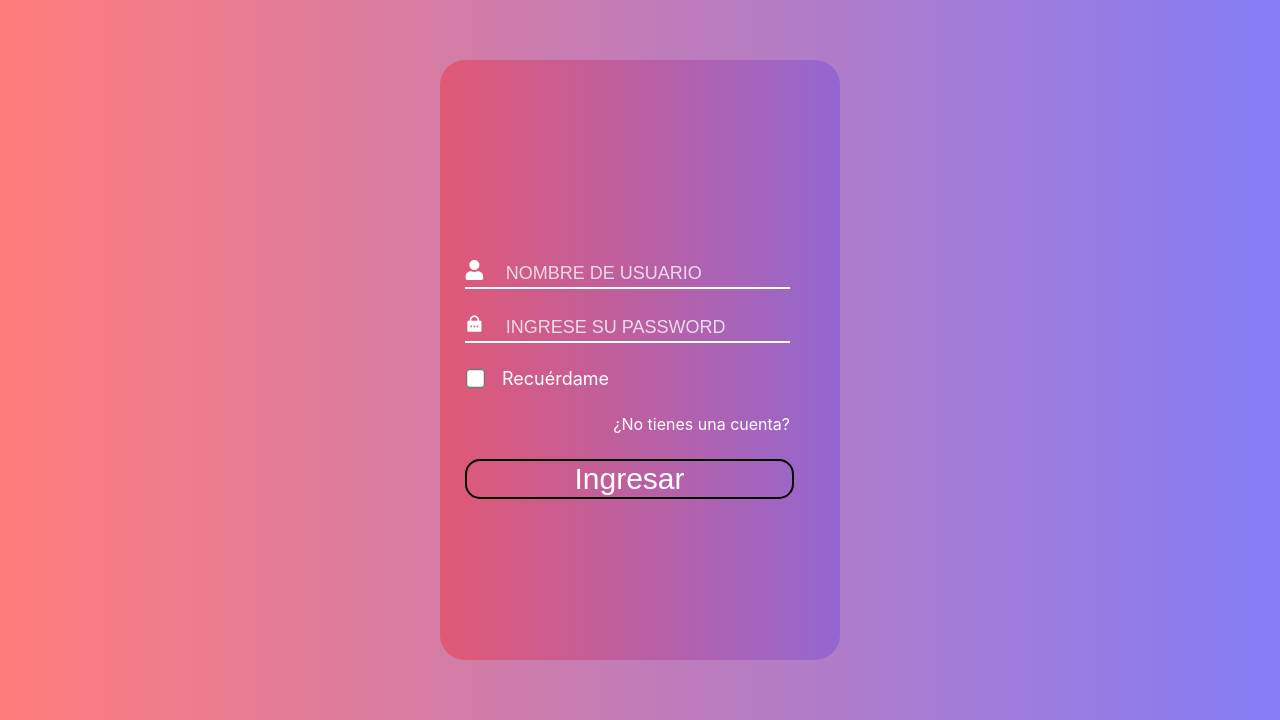
Repository: Davic1o/municipio
Page: /
An editor plug-in stored every save of this project. The page is shown before and after the next save, followed by the edit.
The browser window is 1280 px wide. The pictures show the whole page.
The project was rebuilt for these pictures with package versions that can differ from the ones it lists, and the page was loaded fresh each time.

Above is the page before, as saved 2024-02-05 23:07:53.

### src/index.css
body {
  margin: 0;
  font-family: -apple-system, BlinkMacSystemFont, 'Segoe UI', 'Roboto', 'Oxygen',
    'Ubuntu', 'Cantarell', 'Fira Sans', 'Droid Sans', 'Helvetica Neue',
    sans-serif;
  -webkit-font-smoothing: antialiased;
  -moz-osx-font-smoothing: grayscale;
}

code {
  font-family: source-code-pro, Menlo, Monaco, Consolas, 'Courier New',
    monospace;
}
input{
  text-decoration: none;
  border: none;
}
button{
  background-color: transparent;
  text-decoration: none;
  border: none;
}

### src/App.jsx

import './App.css';
import LoginComponent from './pages/Login/Login';

function App() {
  return (
    <div className="App">
      <LoginComponent/>
    </div>
  );
}

export default App;

### src/pages/Login/Login.jsx
import React from 'react';
import { FaUser } from "react-icons/fa";
import { RiLockPasswordFill } from "react-icons/ri";
import './login.css';  // Asegúrate de tener un archivo de estilo CSS para tu componente

const Login = () => {
  return (
    <div className="login__container">
      <div className="login__recuadro">
        <div className="login__formulario">
          <div className="contenedor__nombre">

            <FaUser className='icon__nombre' />
            <input type="text" className="inp__nombre" placeholder='NOMBRE DE USUARIO'/>
          </div>
          <div className="contenedor__password">
          <RiLockPasswordFill className='icon__password' />
            <input type="password" className="inp__password" placeholder='INGRESE SU PASSWORD'/>
          </div>
          <div className="contenedor__recuerdame">
            <input type="checkbox" className="inp__recuerdame" />
            <label htmlFor="" className="lbl__recuerdame">Recuérdame</label>
          </div>
          <div className="contenedor__registrar">
            <label htmlFor="" className="lbl__registrar">¿No tienes una cuenta?</label>
          </div>
          <div className="contendor__ingresar">
            <button className="btn__ingresar">Ingresar</button>
          </div>
        </div>
      </div>
    </div>
  );
};

export default Login;

### src/pages/Login/login.css
.login__container {
    background: linear-gradient(to right, rgba(253, 0, 0, 0.514) 1%, rgba(16, 0, 235, 0.514));
    background-size: cover;
    height: 100vh;
    width: 100vw;
    box-sizing: border-box;
    display: flex;
    align-items: center;
    justify-content: center;
    z-index: 0;
}
.login__recuadro{
    width: 400px;
    height: 600px;
    border-radius: 25px;
    background: linear-gradient(to right, rgba(253, 0, 0, 0.288) 1%, rgba(16, 0, 235, 0.171));
}
.login__formulario{
    margin-top: 200px;
}
.contenedor__nombre, .contenedor__password{
    width: 325px;
    margin: 25px;
    display: flex;
    border-bottom: 2px solid white ;
}
.icon__nombre, .icon__password{
    margin-right: 20px;
    font-size: 20px;
    background-color: transparent;
    color: white;
}
.inp__nombre, .inp__password{

    background-color: transparent;
    width: 300px;
    height: 25px;
    font-size: 18px;
    color: white;
}
.inp__nombre::placeholder, .inp__password::placeholder{
    font-size: 18px;
color: rgba(255, 255, 255, 0.767);
}
.inp__nombre:focus, .inp__password:focus{
    outline: none;
    font-size: 18px;
    border: none;
    color: white;
}
.contenedor__recuerdame{
    width: 325px;
    margin: 25px;
    display: flex;
}
.inp__recuerdame{
    transform: scale(1.5);
    margin-right: 20px;
}
.lbl__recuerdame{
    font-size: 18px;
    color: white;
}
.contenedor__registrar{
    width: 325px;
    margin: 25px;
    display: flex;
    justify-content: right;
}
.lbl__registrar{
    color: white;
}
.lbl__registrar:hover{
    color: blue;
    cursor: pointer;
}
.contendor__ingresar{

    border: 2px solid;
    border-radius: 15px;
    width: 325px;
    margin: 25px;
    display: flex;
    justify-content: center;
}
.btn__ingresar{
    color: white;
    font-size: 30px;

}

Loaded but not shown: public/index.html (common file); src/index.js (common file); src/reportWebVitals.js (common file); src/App.css (common file)

After the next save:
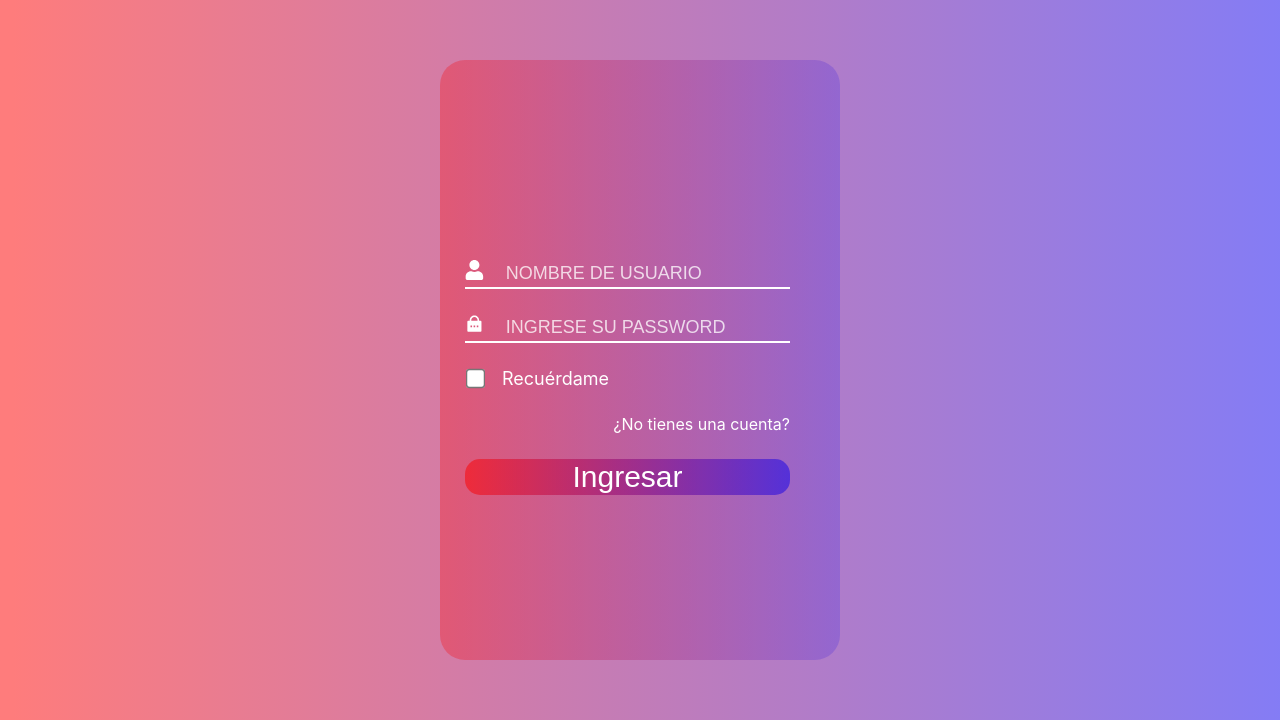
Saved 21 s later.
--- a/src/pages/Login/login.css
+++ b/src/pages/Login/login.css
@@ -76,7 +76,7 @@ color: rgba(255, 255, 255, 0.767);
 }
 .contendor__ingresar{
 
-    border: 2px solid;
+    background: linear-gradient(to right, rgba(253, 0, 0, 0.514) 1%, rgba(16, 0, 235, 0.514));
     border-radius: 15px;
     width: 325px;
     margin: 25px;
